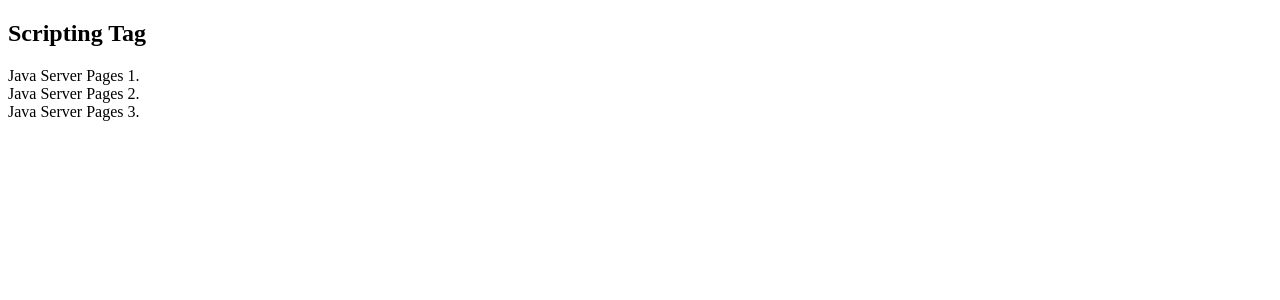
Repository: SJM7301/KH-JSP
Page: http://localhost/JSPBook/scripting.jsp
An editor plug-in stored every save of this project. The page is shown before and after the next save, followed by the edit.
The browser window is 1280 px wide. The pictures show the whole page.
The page is served by Tomcat 10. Nobody is signed in. The application's start-up code is not run. Other server files are loaded and not shown.

Above is the page before, as saved 2025-01-31 06:10:22.

### JSPBook/src/main/webapp/scripting.jsp
<%@ page language="java" contentType="text/html; charset=UTF-8"
	pageEncoding="UTF-8"%>
<!DOCTYPE html>
<html>
<head>
<meta charset="UTF-8">
<title>Scripting Tag</title>
</head>
<body>
	<h2>Scripting Tag</h2>
	<%!int count = 3;

	String makeItLower(String data) {
		return data.toLowerCase();
	}%>

	<%
	for (int i = 1; i <= count; i++){
		out.println("Java Server Pages " + i + ".<br>");
	}
	%>
</body>
</html>

After the next save:
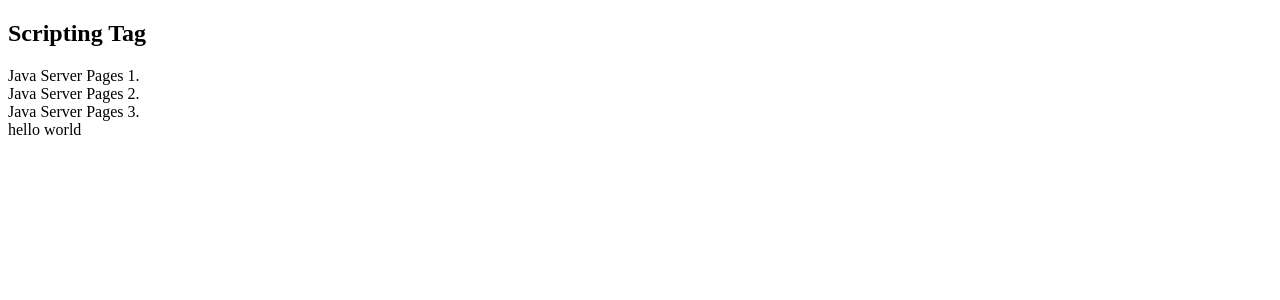
Saved 22 s later.
--- a/JSPBook/src/main/webapp/scripting.jsp
+++ b/JSPBook/src/main/webapp/scripting.jsp
@@ -19,5 +19,6 @@
 		out.println("Java Server Pages " + i + ".<br>");
 	}
 	%>
+	<%= makeItLower("Hello World") %>
 </body>
 </html>
